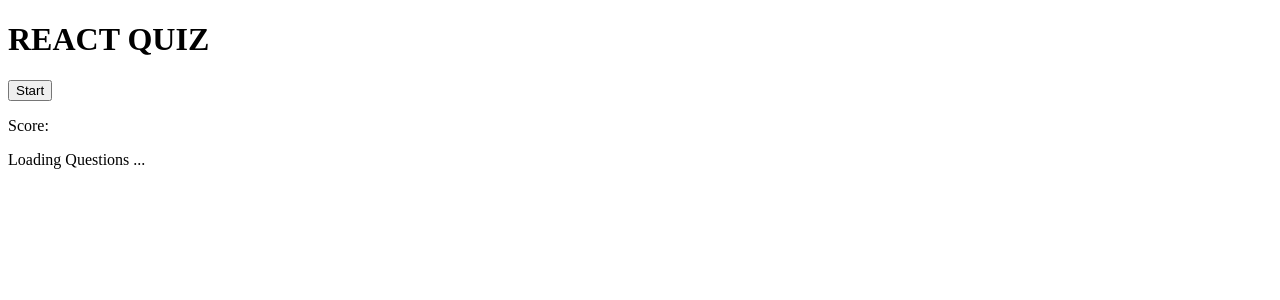
Repository: ducanhaep/ts-react-quiz
Page: /
These files come from the project's save history. The page is drawn as it stood at one moment and after the next save; the edit follows.
The browser window is 1280 px wide. The pictures show the whole page.
The project was rebuilt for these pictures with package versions that can differ from the ones it lists, and the page was loaded fresh each time.

Above is the page before, as saved 2021-10-14 14:57:00.

### public/index.html
<!DOCTYPE html>
<html lang="en">

<head>
  <meta charset="utf-8" />
  <link rel="icon" href="%PUBLIC_URL%/favicon.ico" />
  <meta name="viewport" content="width=device-width, initial-scale=1" />
  <meta name="theme-color" content="#000000" />
  <meta name="description" content="Web site created using create-react-app" />
  <link rel="apple-touch-icon" href="%PUBLIC_URL%/logo192.png" />
  <link rel="preconnect" href="https://fonts.googleapis.com">
  <link rel="preconnect" href="https://fonts.gstatic.com" crossorigin>
  <link href="https://fonts.googleapis.com/css2?family=Catamaran:wght@700&display=swap" rel="stylesheet">
  <!--
      manifest.json provides metadata used when your web app is installed on a
      user's mobile device or desktop. See https://developers.google.com/web/fundamentals/web-app-manifest/
    -->
  <link rel="manifest" href="%PUBLIC_URL%/manifest.json" />
  <!--
      Notice the use of %PUBLIC_URL% in the tags above.
      It will be replaced with the URL of the `public` folder during the build.
      Only files inside the `public` folder can be referenced from the HTML.

      Unlike "/favicon.ico" or "favicon.ico", "%PUBLIC_URL%/favicon.ico" will
      work correctly both with client-side routing and a non-root public URL.
      Learn how to configure a non-root public URL by running `npm run build`.
    -->
  <title>React App</title>
</head>

<body>
  <noscript>You need to enable JavaScript to run this app.</noscript>
  <div id="root"></div>
  <!--
      This HTML file is a template.
      If you open it directly in the browser, you will see an empty page.

      You can add webfonts, meta tags, or analytics to this file.
      The build step will place the bundled scripts into the <body> tag.

      To begin the development, run `npm start` or `yarn start`.
      To create a production bundle, use `npm run build` or `yarn build`.
    -->
</body>

</html>

### src/App.tsx
import React from "react";

function App() {
  const startTrivia = async () => {};

  const checkAnswer = (e: React.MouseEvent<HTMLButtonElement>) => {};

  const nextQuestion = () => {};

  return (
    <div className="App">
      <h1>REACT QUIZ</h1>
      <button className="start" onClick={startTrivia}>
        Start
      </button>
      <p className="score">Score:</p>
      <p>Loading Questions ...</p>
    </div>
  );
}

export default App;

### src/components/QuestionCard.tsx
const QuestionCard = () => {
  return <div>question card</div>;
};

export default QuestionCard;

Loaded but not shown: src/index.tsx (common file)

After the next save:
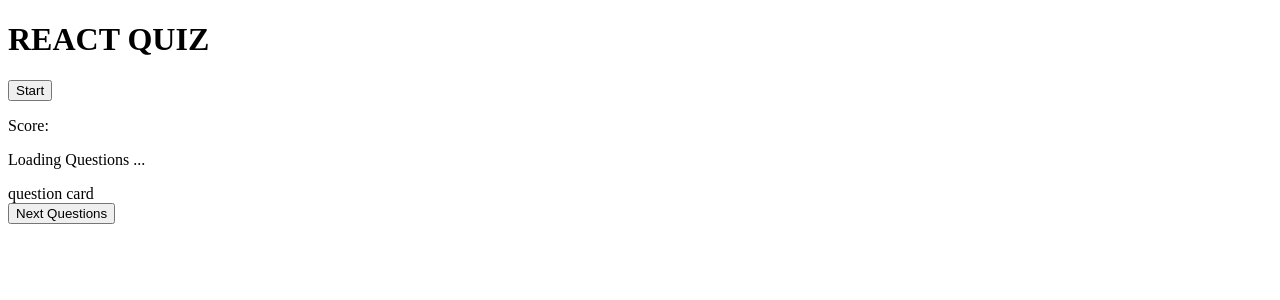
Saved 80 s later.
--- a/src/App.tsx
+++ b/src/App.tsx
@@ -1,4 +1,6 @@
 import React from "react";
+// Components
+import QuestionCard from "./components/QuestionCard";
 
 function App() {
   const startTrivia = async () => {};
@@ -15,6 +17,10 @@
       </button>
       <p className="score">Score:</p>
       <p>Loading Questions ...</p>
+      <QuestionCard />
+      <button className="next" onClick={nextQuestion}>
+        Next Questions
+      </button>
     </div>
   );
 }
